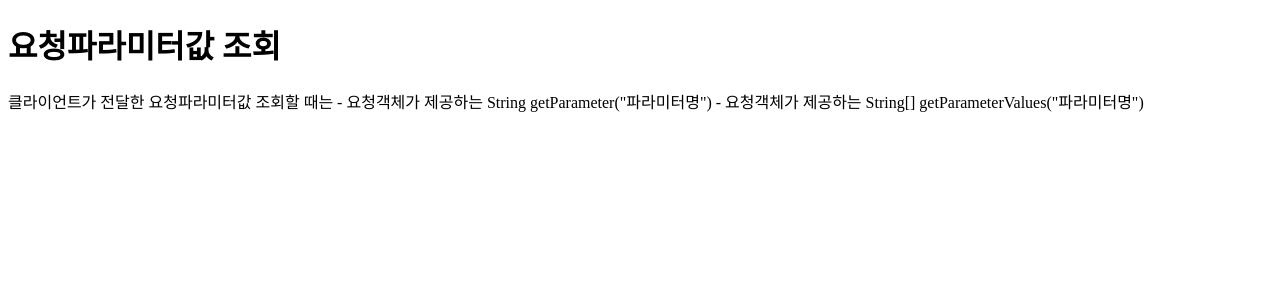
Repository: onuo77/ja_HTA
Page: http://localhost/sample/req/demo3-1.jsp?id=hong
These files come from the project's save history. The page is drawn as it stood at one moment and after the next save; the edit follows.
The browser window is 1280 px wide. The pictures show the whole page.
The page is served by Tomcat 9.

Above is the page before, as saved 2021-05-20 02:45:06.

After the next save:
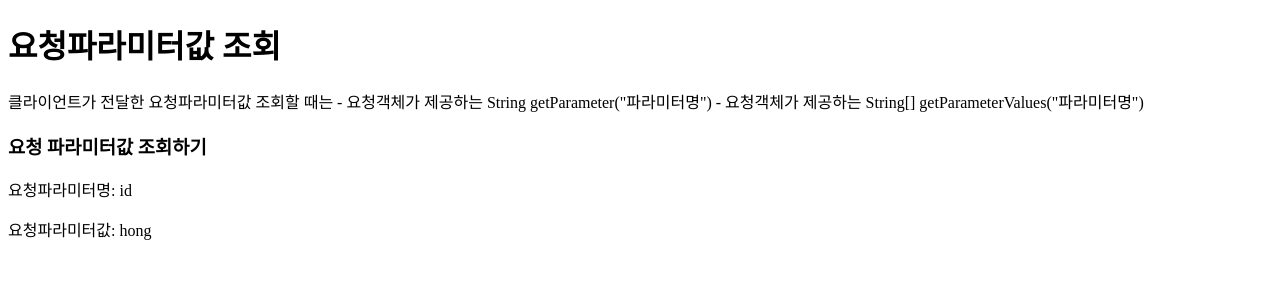
Saved 3 min 39 s later.
--- a/java-web/sample/src/main/webapp/req/demo3-1.jsp
+++ b/java-web/sample/src/main/webapp/req/demo3-1.jsp
@@ -13,5 +13,14 @@
 			- 요청객체가 제공하는 String getParameter("파라미터명")
 			- 요청객체가 제공하는 String[] getParameterValues("파라미터명")
 	</p>
+
+	<h3>요청 파라미터값 조회하기</h3>
+	<%
+		//id라는 이름으로 전달되는 요청파라미터값 조회하기
+		String value = request.getParameter("id");
+
+	%>
+	<p>요청파라미터명: <%="id" %></p>
+	<p>요청파라미터값: <%=value %></p>
 </body>
 </html>
